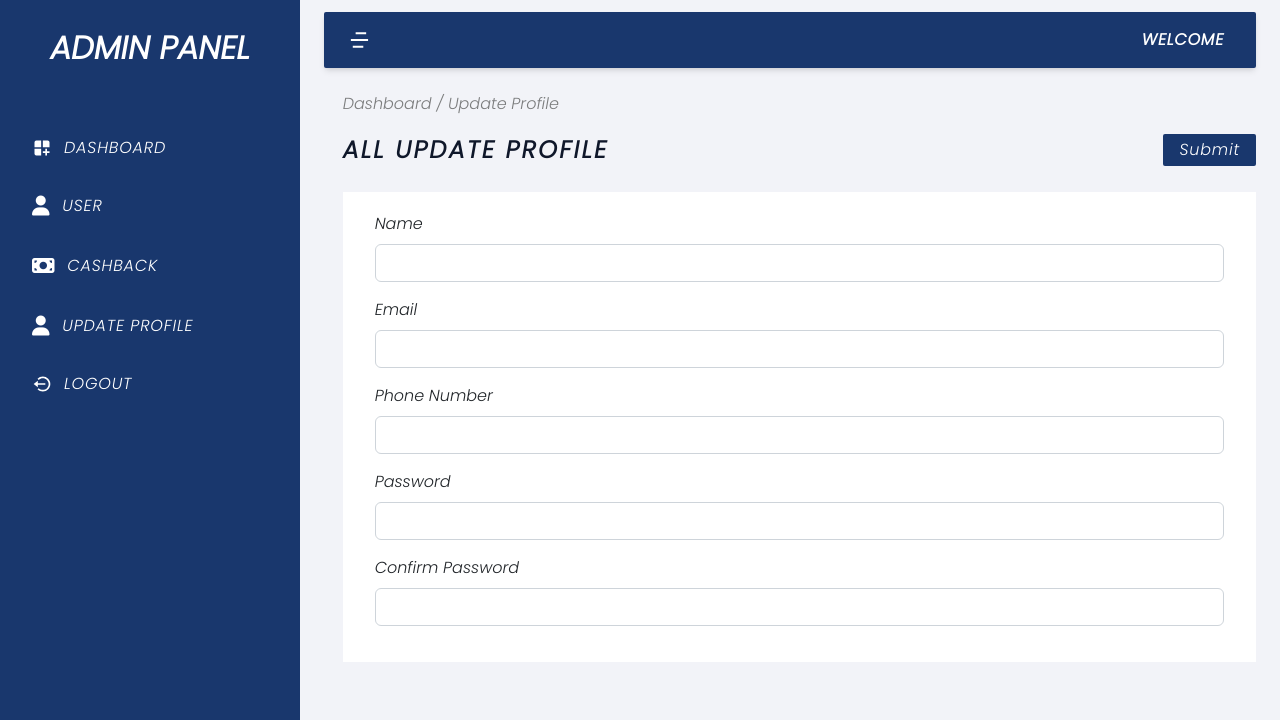
Repository: FlyweisReact/Ankit-Pandey-Admin-Panel
Page: /updateProfile
An editor plug-in stored every save of this project. The page is shown before and after a run of saves, followed by the edit.
The browser window is 1280 px wide. The pictures show the whole page.
Some web libraries are served in a nearby version. The project was rebuilt for these pictures with package versions that can differ from the ones it lists, and the page was loaded fresh each time. Also part of the build but not shown: src/Repository/Api.js, src/Screen/Login.jsx, src/Screen/Dashboard.js, src/Screen/EAdminCustomer.js, src/Screen/EAdmin.js.

Above is the page before, as saved 2023-06-16 16:10:46.

### public/index.html
<!-- @format -->

<!DOCTYPE html>
<html lang="en">
  <head>
    <meta charset="utf-8" />
    <meta name="viewport" content="width=device-width, initial-scale=1" />
    <meta name="theme-color" content="#000000" />
    <meta
      name="description"
      content="Web site created using create-react-app"
    />
    <link rel="icon" href="%PUBLIC_URL%/favicon.png" />
    <link rel="manifest" href="%PUBLIC_URL%/manifest.json" />
    <link rel="preconnect" href="https://fonts.googleapis.com">
<link rel="preconnect" href="https://fonts.gstatic.com" crossorigin>
<link href="https://fonts.googleapis.com/css2?family=Roboto+Mono:ital,wght@1,300&display=swap" rel="stylesheet">
    <title>Logo Fx</title>
  </head>
  <body>
    <noscript>You need to enable JavaScript to run this app.</noscript>
    <div id="root"></div>
    <script src="https://code.jquery.com/jquery-3.6.0.min.js"></script>
    <script src="https://kit.fontawesome.com/b533b351e4.js" crossorigin="anonymous"></script>
  </body>
</html>

### src/index.js
import React from "react";
import ReactDOM from "react-dom/client";
import "./index.css";
import App from "./App";
import { BrowserRouter } from "react-router-dom";
import 'bootstrap/dist/css/bootstrap.min.css'

const root = ReactDOM.createRoot(document.getElementById("root"));
root.render(
  <React.StrictMode>
    <BrowserRouter>
      <App />
    </BrowserRouter>
  </React.StrictMode>
);

### src/index.css
/** @format */

@tailwind base;
@tailwind components;
@tailwind utilities;

@import url("https://fonts.googleapis.com/css2?family=Roboto+Mono:ital,wght@1,300&display=swap");
@font-face {
  font-family: Roboto;
  src: url("./Fonts/Poppins-LightItalic.ttf");
}

body {
  margin: 0;
  font-family: Roboto !important;
  -webkit-font-smoothing: antialiased;
  -moz-osx-font-smoothing: grayscale;
}

code {
  font-family: Roboto !important;
}

html {
  font-family: Roboto !important;
}

::-webkit-scrollbar {
  width: 10px;
}
.fa-trash {
  color: red;
  cursor: pointer;
}

.iCOn {
  transition: 0.5s;
  box-shadow: none;
  transform: scale(1);
}
.cardDiv {
  cursor: pointer;
}

.cardDiv:hover .iCOn {
  box-shadow: rgba(0, 0, 0, 0.35) 0px 5px 15px;
  transform: scale(1.3);
}

/* Track */
::-webkit-scrollbar-track {
  background: #f1f1f1;
}

/* Handle */
::-webkit-scrollbar-thumb {
  background: #888;
}

/* Handle on hover */
::-webkit-scrollbar-thumb:hover {
  background: #555;
}
.profileImage {
  width: 100px;
}
.fa-eye {
  color: #029aff;
  cursor: pointer;
}
.fa-edit {
  cursor: pointer;
  color: blue;
}

.View {
  border: 1px solid black;
  width: 100%;
  padding: 10px;
}

.main-card--container {
  display: grid;
  grid-template-columns: repeat(3, minmax(300px, 500px));
  grid-gap: 50px;
  justify-content: space-around;
}
.card-container {
  margin: 25px 0 auto;
  box-shadow: rgba(0, 0, 0, 0.35) 0px 5px 15px;
  position: relative;
  display: grid;
  grid-template-columns: 1fr;
  justify-content: space-around;
  align-items: flex-start;
}

.myEdit:focus {
  box-shadow: rgba(0, 0, 0, 0.35) 0px 5px 15px;
}

.AstroLogin {
  color: #fff;
  background-color: #2b7a8e;
  padding: 10px;
  width: 380px;
  text-align: center;
  font-size: 20px;
  background: linear-gradient(to left, #2b7a8e 50%, #fff 50%) right;
  background-size: 200%;
  transition: 0.5s ease-out;
  border: 1px solid #2b7a8e;
  margin-top: 10px;
  text-transform: uppercase;
}
.AstroLogin:hover {
  background-position: left;
  color: #2b7a8e;
}

.EcommerceAdminLogin {
  color: #fff;
  background-color: #19376d;
  padding: 10px;
  width: 380px;
  text-align: center;
  font-size: 20px;
  background: linear-gradient(to left, #19376d 50%, #fff 50%) right;
  background-size: 200%;
  transition: 0.5s ease-out;
  border: 1px solid #19376d;
  margin-top: 10px;
  text-transform: uppercase;
}

.EcommerceAdminLogin:hover {
  background-position: left;
  color: #19376d;
}
.EcommerceVendorLogin {
  color: #fff;
  background-color: #576cbc;
  padding: 10px;
  width: 380px;
  text-align: center;
  font-size: 20px;
  background: linear-gradient(to left, #576cbc 50%, #fff 50%) right;
  background-size: 200%;
  transition: 0.5s ease-out;
  border: 1px solid #576cbc;
  margin-top: 10px;
  text-transform: uppercase;
}

.EcommerceVendorLogin:hover {
  background-position: left;
  color: #576cbc;
}

.view {
  background-color: #2196f3;
  color: #fff;
  width: 50%;
  padding: 5px;
}

.two-sec {
  display: flex;
  justify-content: space-evenly;
  justify-content: space-evenly;
}
.two-sec .left {
  width: 60%;
  background-color: #f6f1ef;
  padding: 20px;
}
.two-sec .left .head {
  font-size: 25px;
  font-weight: bold;
}

.two-sec .right {
  width: 30%;
  background-color: #f6f1ef;
}

.searchDiv {
  width: 100%;
  display: flex;
  gap: 10px;
  border: 1px solid rgb(179, 179, 179);
  padding: 10px;
  margin-bottom: 20px;
  align-items: center;
}
.searchDiv input {
  width: 94%;
  outline: none;
  border: none;
}

.flexCont {
  display: flex;
  align-items: center;
  gap: 10px;
}
.flexCont img {
  width: 60px;
  background-color: #e9ecef;
}

.blockContent {
  display: block;
}
.blockContent p {
  margin: 0;
}

.checkBox {
  width: 50px;
  height: 25px;
  background-color: #e9ecef;
  border-radius: 50px;
  position: relative;
  cursor: pointer;
}
.checkBox span {
  width: 20px;
  height: 20px;
  border-radius: 100%;
  background-color: #fff;
  position: absolute;
  left: 5px;
  top: 2px;
}
.ActivecheckBox {
  width: 50px;
  height: 25px;
  background-color: #0d6efd;
  border-radius: 50px;
  position: relative;
  cursor: pointer;
}
.ActivecheckBox span {
  width: 20px;
  height: 20px;
  border-radius: 100%;
  background-color: #fff;
  position: absolute;
  right: 5px;
  top: 2px;
}

.fa-eye {
  color: #0cba73;
  background-color: #d6f8e8;
  width: 40px;
  text-align: center;
  height: 40px;
  display: flex;
  border-radius: 100%;
  justify-content: center;
  padding-top: 10px;
  transition: 0.5s;
}

.fa-pen-to-square {
  color: #f4c39c;
  background-color: #ffebdb;
  width: 40px;
  text-align: center;
  height: 40px;
  display: flex;
  border-radius: 100%;
  justify-content: center;
  padding-top: 10px;
  cursor: pointer;
  transition: 0.5s;
}
.fa-trash {
  color: #df939f;
  background-color: #ffe1e8;
  width: 40px;
  text-align: center;
  height: 40px;
  display: flex;
  border-radius: 100%;
  justify-content: center;
  padding-top: 10px;
  cursor: pointer;
  transition: 0.5s;
}
.fa-trash:hover {
  transform: scale(1.2);
}
.fa-eye:hover {
  transform: scale(1.2);
}
.fa-pen-to-square:hover {
  transform: scale(1.2);
}
.required {
  color: #e74260;
}

.headP {
  margin-left: 2%;
  color: #7b7c7d;
}
.filterBox {
  display: flex;
  align-items: center;
  gap: 10px;
  border-bottom: 1px solid #d4d7dc;
  padding-bottom: 20px;
  margin-bottom: 20px;
}
.filterBox img {
  width: 30px;
}
.filterBox input {
  width: 100%;
  border: 1px solid #d4d7dc;
  outline: none;
  padding: 5px;
  color: black;
}
.sectionCont {
  width: 98%;
  background-color: #fff;
  margin-left: 2%;
  padding: 20px;
}

.overFlowCont {
  width: 100%;
  overflow-x: auto;
}

.logo {
  width: 300px;
  margin-bottom: 20px;
}

.updateProfile {
  margin-left: 20px;
  border: 1px solid #fff;
  border-radius: 100%;
  font-size: 1.2rem;
  padding: 10px;
  transition: 0.5s;
  cursor: pointer;
}
.updateProfile:hover {
  border: 1px solid #19376d;
  color: #19376d;
  background-color: #fff;
}

.Normalbtn {
  background-color: #19376d !important;
  border: 1px solid #19376d !important;
  border-radius: 0px !important;
}

.ImageCarousel {
  width: 150px !important;
  margin: 0px !important;
  height: 150px !important;
}
.CarouselImages {
  width: 150px !important;
  height: 150px !important;
}
.CarouselImages img {
  width: 100% !important;
  height: 100% !important;
}

.ModalCarousel {
  width: 100% !important;
  height: 500px !important;
}
.ModalCarousel {
  width: 100% !important;
  height: 500px !important;
}
.ModalCarousel img {
  width: 100% !important;
  height: 500px !important;
}

.gridCont {
  display: grid;
  grid-template-columns: auto auto auto;
  justify-content: space-evenly;
}
.gridCont div {
  width: 400px;
  height: 300px;
  box-shadow: rgba(0, 0, 0, 0.35) 0px 5px 15px;
  padding: 10px;
  position: relative;
  margin-top: 20px;
}
.gridCont div img {
  width: 100%;
}
.delete-Btn {
  width: 90%;
  margin-left: 2%;
  color: #c44b3f;
  border: 1px solid #c44b3f;
  position: absolute;
  bottom: 10px;
  transition: 0.5s;
  padding: 10px;
}

.delete-Btn:hover {
  background-color: #c44b3f;
  color: #fff;
}

.BannerCarousel {
  width: 300px;
  margin: 0px !important;
}
.BannerCarouselImage {
  width: 300px;
}
.BannerCarouselImage img {
  width: 100%;
}

.pagination {
  display: flex;
  justify-content: center;
  align-items: center;
  gap: 10px;
  margin-bottom: 20px;
}
.pagination button {
  border: 1px solid black;
  padding: 10px;
}

.activePage {
  background-color: #19376d;
  color: #fff;
  border: 1px solid #19376d !important;
}

.active {
  background-color: #fff;
  color: #19376d !important;
}
.prevBtn {
  background-color: #fff;
  color: #19376d;
  border: 1px solid #19376d !important;
  transition: 0.5s;
}

.prevBtn:hover,
.prevBtn:focus,
.prevBtn:active {
  background-color: #19376d;
  color: #fff;
  border: 1px solid #19376d !important;
}
.nextBtn {
  background-color: #fff;
  color: #19376d;
  border: 1px solid #19376d !important;
  transition: 0.5s;
}

.nextBtn:hover,
.nextBtn:focus,
.nextBtn:active {
  background-color: #19376d;
  color: #fff;
  border: 1px solid #19376d !important;
}

.dangerBox {
  position: relative;
}
.dangerBox i {
  position: absolute;
  top: 50%;
  left: 90%;
  transform: translate(-50%, -50%);
  cursor: pointer;
}

### src/App.js
/** @format */

import { Routes, Route } from "react-router-dom";
import { ToastContainer } from "react-toastify";
import "react-toastify/dist/ReactToastify.css";
import Login from "./Screen/Login";
import Dashboard from "./Screen/Dashboard";
import EAdminCustomer from "./Screen/EAdminCustomer";
import EAdmin from "./Screen/EAdmin";
import UpdateProfile from "./Screen/UpdateProfile";


function App() {
  return (
    <>
      <ToastContainer />

      <Routes>
        <Route path="/" element={<Login />} />
        <Route path="/Customer" element={<EAdminCustomer />} />
        <Route path="/dashboard" element={<Dashboard />} />
        <Route path="/Admin" element={<EAdmin />} />
        <Route path="/updateProfile" element={<UpdateProfile />} />
      </Routes>
    </>
  );
}

export default App;

### src/Screen/UpdateProfile.js
/** @format */

import { Container, Form } from "react-bootstrap";
import HOC from "./layout/HOC";

const UpdateProfile = () => {
  return (
    <>
      <p className="headP">Dashboard / Update Profile</p>
      <div
        className="pb-4 sticky top-0  w-full flex justify-between items-center"
        style={{ width: "98%", marginLeft: "2%" }}
      >
        <span
          className="tracking-widest text-slate-900 font-semibold uppercase "
          style={{ fontSize: "1.5rem" }}
        >
          All Update Profile
        </span>

        <button className="md:py-2 px-3 md:px-4 py-1 rounded-sm bg-[#19376d] text-white tracking-wider">
          Submit
        </button>
      </div>

      <section className="sectionCont">
        <Container>
          <Form>
            <Form.Group className="mb-3">
              <Form.Label>Name</Form.Label>
              <Form.Control type="name" />
            </Form.Group>
            <Form.Group className="mb-3">
              <Form.Label>Email</Form.Label>
              <Form.Control type="email" />
            </Form.Group>
            <Form.Group className="mb-3">
              <Form.Label>Phone Number</Form.Label>
              <Form.Control type="tel" pattern="[0-9]{10}" />
            </Form.Group>
            <Form.Group className="mb-3">
              <Form.Label>Password</Form.Label>
              <Form.Control type="password" />
            </Form.Group>
            <Form.Group className="mb-3">
              <Form.Label> Confirm Password</Form.Label>
              <Form.Control type="password" />
            </Form.Group>
          </Form>
        </Container>
      </section>
    </>
  );
};

export default HOC(UpdateProfile);

### src/Screen/layout/HOC.jsx
/** @format */

import React, { useState } from "react";
import Navbar from "./Navbar";
import Sidebar from "./Sidebar";

const HOC = (Wcomponenet) => {
  return function Component() {
    const [hamb, setHamb] = useState(false);
    return (
      <>
        <section
          className="flex overflow-x-hidden relative "
          style={{ backgroundColor: "#f2f3f8" }}
        >
          {/* Sidebar */}
          <div
            className={
              hamb
                ? " absolute top-0 z-30 md:w-auto shadow-md bg-slate-200  w-60 transition-all md:-left-full left duration-150  h-auto overflow-y-auto  left-0 "
                : " md:w-72 z-30 bg-slate-200  shadow-md  md:static absolute top-0 -left-full   transition-all duration-150  overflow-y-auto h-auto"
            }
            style={{ minWidth: "300px" }}
          >
            <Sidebar hamb={hamb} setHamb={setHamb} />
          </div>
          {/* Components & Navbar */}
          <div
            className={
              hamb
                ? " transition-all px-4 py-2  duration-150 w-full h-screen"
                : " w-full h-screen  px-4 py-2   z-50 transition-all duration-150 "
            }
            style={{ backgroundColor: "#f2f3f8" }}
          >
            <Navbar hamb={hamb} setHamb={setHamb} />
            <div className="my-6 text-#000 h-[87%] wcomp overflow-y-auto">
              {" "}
              <Wcomponenet />
            </div>
          </div>
        </section>
      </>
    );
  };
};

export default HOC;

### src/Screen/layout/Navbar.jsx
/** @format */

import { RiMenu4Line } from "react-icons/ri";

const Navbar = ({ hamb, setHamb }) => {
  const AdminName = localStorage.getItem("Email")
  return (
    <>
      <div
        className={
          hamb
            ? "flex  w-full justify-between  my-1 rounded-sm  p-4 py-3 shadow-md items-center  bg-slate-200 space-x-4"
            : "flex  w-full justify-between my-1 rounded-sm  p-4 py-3 shadow-md items-center  bg-slate-200 space-x-4"
        }
        style={{ backgroundColor: "#19376d" }}
      >
        <RiMenu4Line
          onClick={() => setHamb(!hamb)}
          className="text-2xl font-bold text-gray-900 hover:scale-90 cursor-pointer"
          style={{ color: "#fff" }}
        />

        <section className="flex sm:ml-auto justify-end sm:w-full items-center space-x-2  pr-2">
          <figcaption className="tracking-wider pl-1 font-semibold">
            <div
              className="lg:text-base text-sm text-gray-900  uppercase"
              style={{ color: "#fff" }}
            >
              Welcome {AdminName}
            </div>
          </figcaption>
        </section>
      </div>
    </>
  );
};

export default Navbar;

### src/Screen/layout/Sidebar.jsx
/** @format */

import React from "react";
import { RiCloseLine } from "react-icons/ri";
import { Link, useNavigate } from "react-router-dom";
import { BiLogOutCircle } from "react-icons/bi";
import { MdDashboardCustomize } from "react-icons/md";

const Sidebar = ({ hamb, setHamb }) => {
  const navigate = useNavigate();

  const nav = [
    {
      icon: <MdDashboardCustomize className="text-xl mr-3 rounded-full " />,
      link: "/dashboard ",
      name: "Dashboard",
    },
    {
      icon: <i className="fa-solid fa-user text-xl mr-3 rounded-full"></i>,
      link: "/Admin",
      name: "User",
    },
    {
      icon: (
        <i className="fa-sharp fa-solid fa-money-bill text-xl mr-3 rounded-full "></i>
      ),
      link: "/Customer",
      name: "Cashback",
    },
    {
      icon: (
        <i className="fa-solid fa-user text-xl mr-3 rounded-full "></i>
      ),
      link: "/updateProfile",
      name: "Update Profile",
    }
  ];

  const logOut = () => {
    localStorage.clear()
    navigate("/");
  };

  return (
    <>
      <aside
        className="p-4 h-auto"
        style={{ backgroundColor: "#19376d", minHeight: "100vh" }}
      >
        {/* Top */}
        <div className="w-full md:hidden relative  p-2 mb-4">
          <RiCloseLine
            onClick={() => setHamb(!hamb)}
            className="text-3xl  absolute top-2 sm:hover:rotate-[228deg] transition-transform font-bold right-2 sm:hover:text-[22px] text-[rgb(241,146,46)] cursor-pointer"
          />
        </div>{" "}
        <figure className="flex  flex-col items-center">
          <span
            className="font-bold text-[#fff]"
            style={{
              fontSize: "2rem",
              textAlign: "center",
              textTransform: "uppercase",
            }}
          >
            {" "}
            ADMIN PANEL
          </span>
        </figure>
        <nav className="py-6">
          {nav.map((nav) => {
            return (
              <Link
                to={nav.link}
                key={nav.name}
                className=""
                style={{ textDecoration: "none", textTransform: "uppercase" }}
              >
                <span
                  className="flex my-3 items-center cursor-pointer text-gray-900    tracking-wider p-2 rounded-sm"
                  style={{ color: "#FFF" }}
                >
                  {nav.icon} {nav.name}
                </span>
              </Link>
            );
          })}
          <span
            className="flex my-3 items-center cursor-pointer text-gray-900    tracking-wider p-2 rounded-sm"
            onClick={() => logOut()}
            style={{ color: "#FFF", textTransform: "uppercase" }}
          >
            <BiLogOutCircle className="text-xl mr-3 rounded-full " /> LogOut
          </span>
        </nav>
      </aside>
    </>
  );
};

export default Sidebar;

Loaded but not shown: tailwind.config.js (common file)

After the next 2 saves:
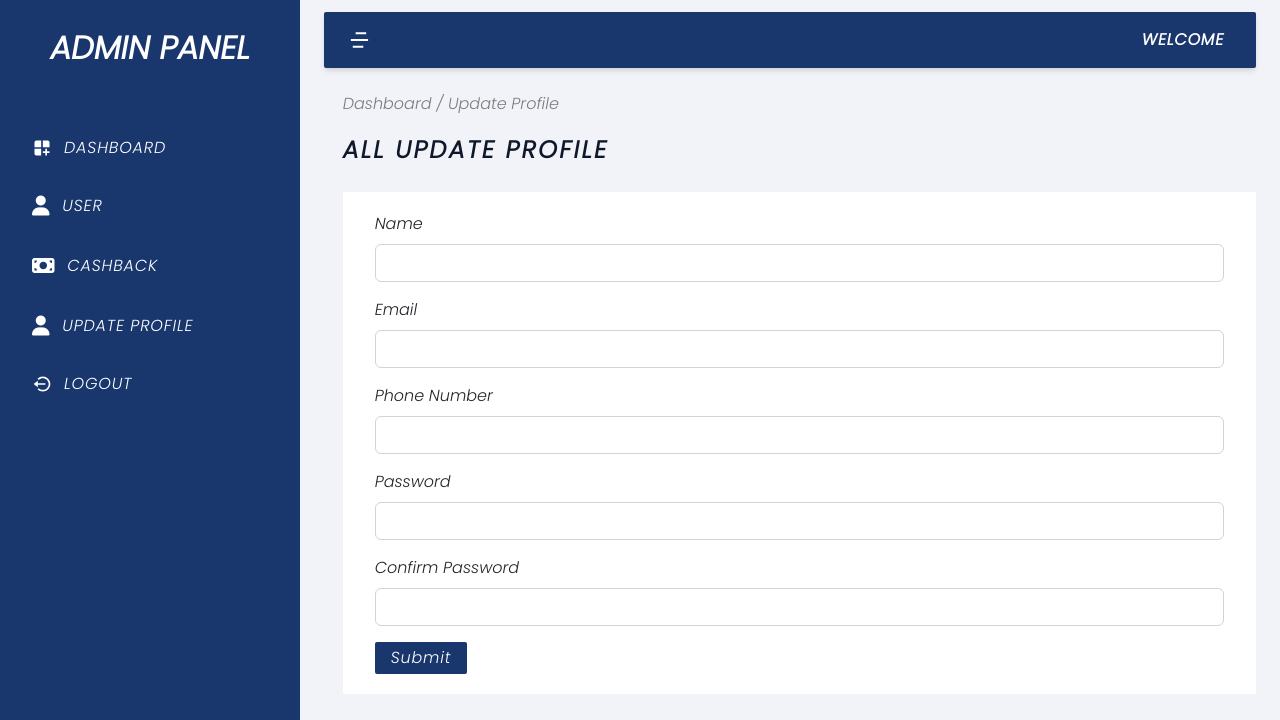
The 2 saves are shown as one change because they came seconds apart.
The last was saved 15 s later.
--- a/src/Screen/UpdateProfile.js
+++ b/src/Screen/UpdateProfile.js
@@ -18,9 +18,7 @@ const UpdateProfile = () => {
           All Update Profile
         </span>
 
-        <button className="md:py-2 px-3 md:px-4 py-1 rounded-sm bg-[#19376d] text-white tracking-wider">
-          Submit
-        </button>
+
       </div>
 
       <section className="sectionCont">
@@ -46,6 +44,9 @@ const UpdateProfile = () => {
               <Form.Label> Confirm Password</Form.Label>
               <Form.Control type="password" />
             </Form.Group>
+            <button className="md:py-2 px-3 md:px-4 py-1 rounded-sm bg-[#19376d] text-white tracking-wider">
+          Submit
+        </button>
           </Form>
         </Container>
       </section>
